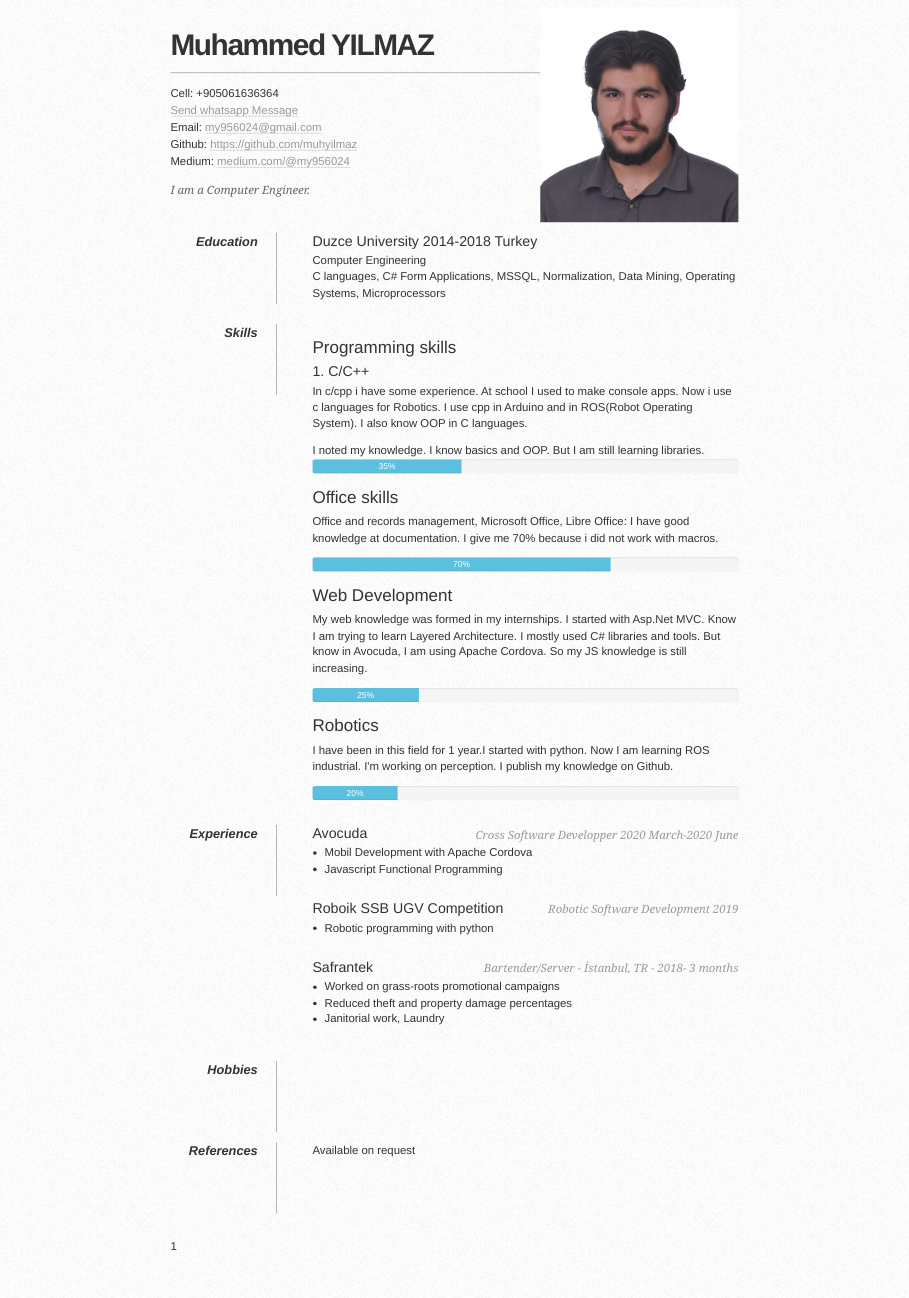
Repository: muhyilmaz/muhyilmaz.github.io
Page: index.html
An editor plug-in stored every save of this project. The page is shown before and after the next save, followed by the edit.
The browser window is 1280 px wide. The pictures show the whole page, at 71% of full size.

Above is the page before, as saved 2020-06-11 21:13:24.

### index.html
<!DOCTYPE html PUBLIC "-//W3C//DTD XHTML 1.0 Strict//EN"
"http://www.w3.org/TR/xhtml1/DTD/xhtml1-strict.dtd">

<html xmlns="http://www.w3.org/1999/xhtml" xml:lang="en" lang="en">

<head>

     <meta http-equiv="Content-Type" content="text/html; charset=utf-8"/>
     <meta name="viewport" content="width=device-width, initial-scale=1">
     <link rel="stylesheet" href="https://maxcdn.bootstrapcdn.com/bootstrap/3.4.1/css/bootstrap.min.css">
     <script src="https://ajax.googleapis.com/ajax/libs/jquery/3.5.1/jquery.min.js"></script>
     <script src="https://maxcdn.bootstrapcdn.com/bootstrap/3.4.1/js/bootstrap.min.js"></script>


     <title>MUHAMMED YILMAZ</title>

     <style type="text/css">
        * { margin: 0; padding: 0; }
        body { font: 16px Helvetica, Sans-Serif; line-height: 24px; background: url(images/noise.jpg); }
        .clear { clear: both; }
        #page-wrap { width: 800px; margin: 40px auto 60px; }
        #pic { float: right; margin: -30px 0 0 0; }
        h1 { margin: 0 0 16px 0; padding: 0 0 16px 0; font-size: 42px; font-weight: bold; letter-spacing: -2px; border-bottom: 1px solid #999; }
        h2 { font-size: 20px; margin: 0 0 6px 0; position: relative; }
        h2 span { position: absolute; bottom: 0; right: 0; font-style: italic; font-family: Georgia, Serif; font-size: 16px; color: #999; font-weight: normal; }
        p { margin: 0 0 16px 0; }
        a { color: #999; text-decoration: none; border-bottom: 1px dotted #999; }
        a:hover { border-bottom-style: solid; color: black; }
        ul { margin: 0 0 32px 17px; }
        #objective { width: 500px; float: left; }
        #objective p { font-family: Georgia, Serif; font-style: italic; color: #666; }
        dt { font-style: italic; font-weight: bold; font-size: 18px; text-align: right; padding: 0 26px 0 0; width: 150px; float: left; height: 100px; border-right: 1px solid #999;  }
        dd { width: 600px; float: right; }
        dd.clear { float: none; margin: 0; height: 15px; }
     </style>
</head>

<body>

    <div id="page-wrap">

        <img src="images/profileres.jpg" alt="Photo of Cthulu" id="pic" />

        <div id="contact-info" class="vcard">

            <!-- Microformats! -->

            <h1 class="fn">Muhammed YILMAZ</h1>

            <p>
                Cell: <span class="tel">+905061636364</span><br />
                <a href="https://api.whatsapp.com/send?phone=905061636364">Send whatsapp Message</a><br />
                Email: <a class="email" href="mailto:my956024@gmail.com">my956024@gmail.com</a><br />
                Github: <a href="https://github.com/muhyilmaz">https://github.com/muhyilmaz</a><br />
                Medium: <a href="https://medium.com/@my956024">medium.com/@my956024</a>
            </p>
        </div>

        <div id="objective">
            <p>
                I am a Computer Engineer.
            </p>
        </div>

        <div class="clear"></div>

        <dl>
            <dd class="clear"></dd>

            <dt>Education</dt>
            <dd>
                <h2>Duzce University 2014-2018 Turkey</h2>
                <p> Computer Engineering </br>
                    C languages, C# Form Applications, MSSQL, Normalization, Data Mining, Operating Systems, Microprocessors
				</p>
            </dd>

            <dd class="clear"></dd>

            <dt>Skills</dt>
            <dd>
                <!---
				<h2>Office skills</h2>
                <p>Office and records management, database administration, event organization, customer support, travel coordination</p>

                <h2>Computer skills</h2>
                <p>Microsoft productivity software (Word, Excel, etc), Adobe Creative Suite, Windows</p>
				-->
				<h3>Programming skills</h3>
				<h2>1. C/C++</h2>
                <p>In c/cpp i have some experience. At school I used to make console apps. Now i use c languages for Robotics. I use cpp in Arduino and in ROS(Robot Operating System). I also know OOP in C languages. </p>
                I noted my knowledge. I know basics and OOP. But I am still learning libraries.
                <div class="progress">
                    <div class="progress-bar progress-bar-info" role="progressbar" aria-valuenow="60" aria-valuemin="0" aria-valuemax="100" style="width:35%">
                        35%
                    </div>
                  </div>
				<h3>Office skills</h3>
                <p>Office and records management, Microsoft Office, Libre Office: I have good knowledge at documentation. I give me 70% because i did not work with macros.</p>
                <div class="progress">
                    <div class="progress-bar progress-bar-info" role="progressbar" aria-valuenow="60" aria-valuemin="0" aria-valuemax="100" style="width:70%">
                        70%
                    </div>
                  </div>

                  <h3>Web Development</h3>
                <p>My web knowledge was formed in my internships. I started with Asp.Net MVC. Know I am trying to learn Layered Architecture. I mostly used C# libraries and tools. But know in Avocuda, I am using Apache Cordova. So my JS knowledge is still increasing. </p>
                <div class="progress">
                    <div class="progress-bar progress-bar-info" role="progressbar" aria-valuenow="60" aria-valuemin="0" aria-valuemax="100" style="width:25%">
                        25%
                    </div>
                  </div>

                  <h3>Robotics</h3>
                <p>I have been in this field for 1 year.I started with python. Now I am learning ROS industrial. I'm working on perception. I publish my knowledge on Github. </p>
                <div class="progress">
                    <div class="progress-bar progress-bar-info" role="progressbar" aria-valuenow="60" aria-valuemin="0" aria-valuemax="100" style="width:20%">
                        20%
                    </div>
                  </div>
			</dd>

            <dd class="clear"></dd>

            <dt>Experience</dt>
            <dd>
                <h2>Avocuda <span>Cross Software Developper 2020 March-2020 June </span></h2>
                <ul>
                    <li> Mobil Development with Apache Cordova</li>
					<li> Javascript Functional Programming</li>

                </ul>
                <h2>Roboik SSB UGV Competition <span>Robotic Software Development 2019</span></h2>
                <ul>
                    <li>Robotic programming with python</li>

                </ul>
                <h2>Safrantek <span>Bartender/Server - İstanbul, TR - 2018- 3 months</span></h2>
                <ul>
                    <li>Worked on grass-roots promotional campaigns</li>
                    <li>Reduced theft and property damage percentages</li>
                    <li>Janitorial work, Laundry</li>
                </ul>
            </dd>

            <dd class="clear"></dd>

            <dt>Hobbies</dt>
            <dd></dd>

            <dd class="clear"></dd>

            <dt>References</dt>
            <dd>Available on request</dd>

            <dd class="clear"></dd>
        </dl>

        <div id="visitor" class="clear">     </div>

    </div>
    <script src="logger.js"></script>
</body>

</html>

### logger.js
  var n = localStorage.getItem('on_load_counter');

    if (n === null) {
        n = 0;
    }

    n++;

    localStorage.setItem("on_load_counter", n);

    document.getElementById('visitor').innerHTML = n;

After the next save:
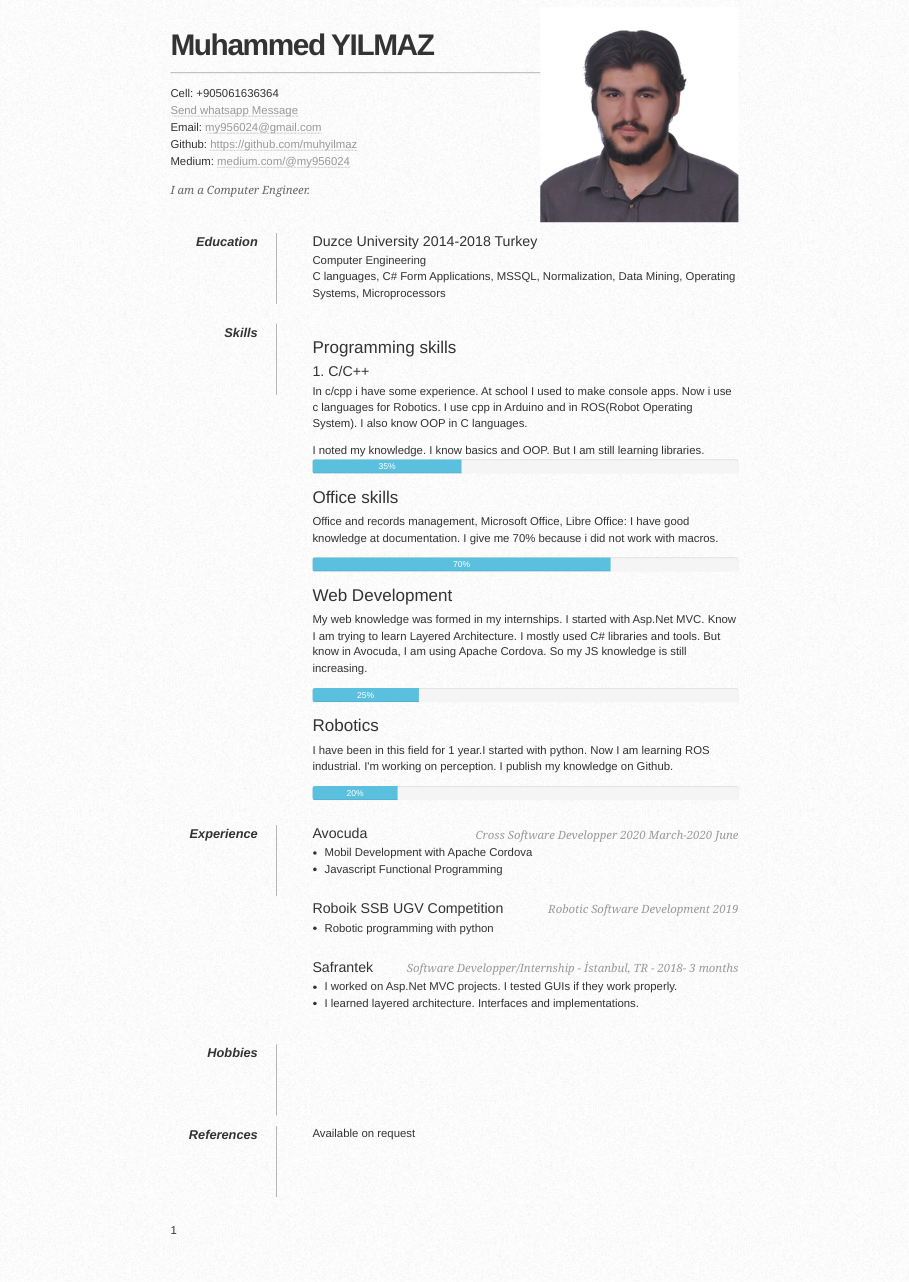
Saved 19 h 18 min later.
--- a/index.html
+++ b/index.html
@@ -135,11 +135,11 @@
                     <li>Robotic programming with python</li>
 
                 </ul>
-                <h2>Safrantek <span>Bartender/Server - İstanbul, TR - 2018- 3 months</span></h2>
+                <h2>Safrantek <span> Software Developper/Internship - İstanbul, TR - 2018- 3 months</span></h2>
                 <ul>
-                    <li>Worked on grass-roots promotional campaigns</li>
-                    <li>Reduced theft and property damage percentages</li>
-                    <li>Janitorial work, Laundry</li>
+                    <li>I worked on Asp.Net MVC projects. I tested GUIs if they work properly. </li>
+                    <li>I learned layered architecture. Interfaces and implementations. </li>
+
                 </ul>
             </dd>
 
